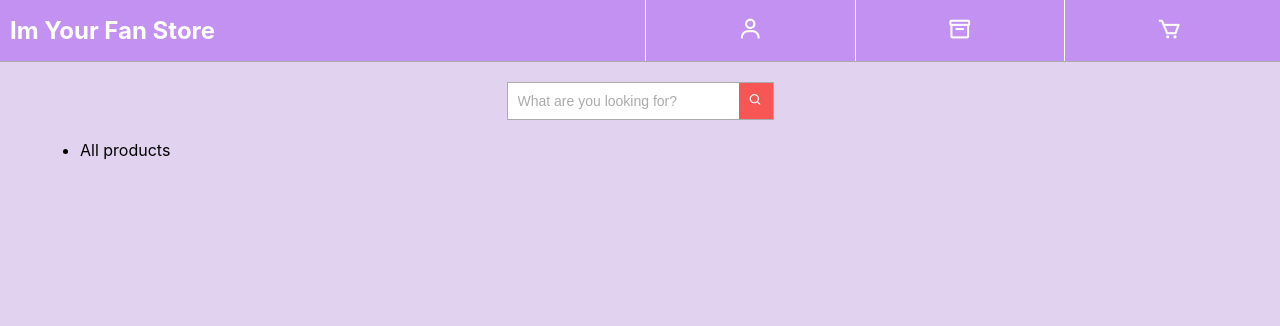
Repository: imyourfan-store/e-commerce
Page: /
An editor plug-in stored every save of this project. The page is shown before and after the next save, followed by the edit.
The browser window is 1280 px wide. The pictures show the whole page.
The page's requests for data from a server got no answer. The project was rebuilt for these pictures with package versions that can differ from the ones it lists, and the page was loaded fresh each time. No one was signed in, and anything a server would have sent is missing. Also part of the build but not shown: vite.config.js, src/components/home/styles/ProductCard.css, src/components/home/ProductCard.jsx, src/pages/styles/Login.css, src/pages/Login.jsx, src/components/productId/styles/ProductInfo.css, src/components/productId/ProductInfo.jsx, src/components/productId/SimilarProducts.jsx and 14 more.

Above is the page before, as saved 2024-11-04 12:03:35.

After the next save:
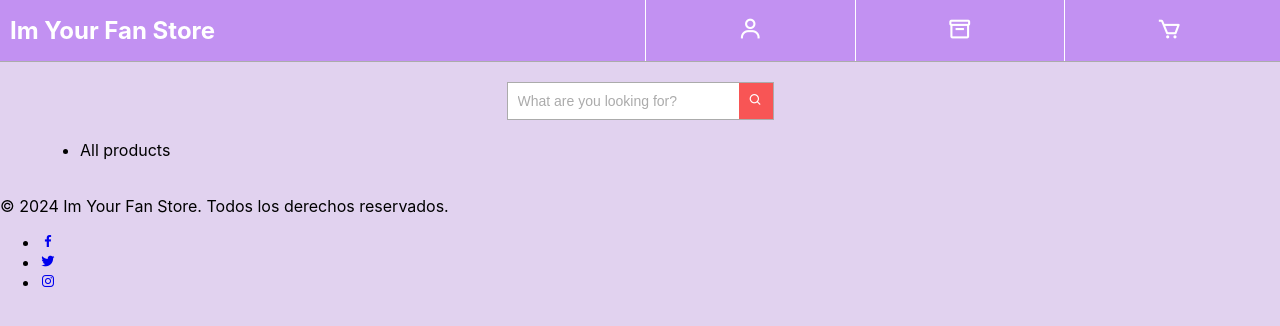
Saved 2 min 35 s later.
--- a/index.html
+++ b/index.html
@@ -14,5 +14,16 @@
   <body>
     <div id="root"></div>
     <script type="module" src="/src/main.jsx"></script>
+    <footer class="footer">
+      <div class="footer__content">
+          <p>&copy; 2024 Im Your Fan Store. Todos los derechos reservados.</p>
+          <ul class="footer__socials">
+              <li><a href="https://www.facebook.com" target="_blank" rel="noopener noreferrer"><i class='bx bxl-facebook'></i></a></li>
+              <li><a href="https://www.twitter.com" target="_blank" rel="noopener noreferrer"><i class='bx bxl-twitter'></i></a></li>
+              <li><a href="https://www.instagram.com" target="_blank" rel="noopener noreferrer"><i class='bx bxl-instagram'></i></a></li>
+          </ul>
+      </div>
+  </footer>
+
   </body>
 </html>
